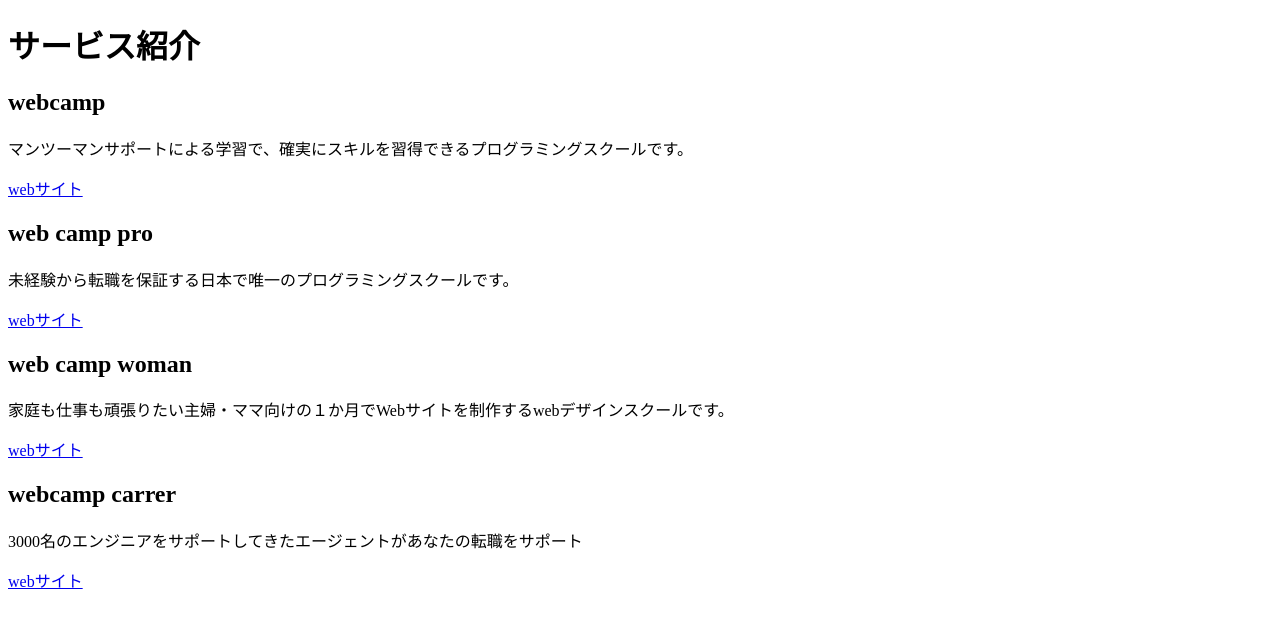
Repository: Akito33/html-css
Page: sample/sample.html
The author's editor kept a record of every edit. The page is drawn from the files as they stood at one moment, then again after the next edit.
The browser window is 1280 px wide. The pictures show the whole page.

Above is the page before.

After the next edit:
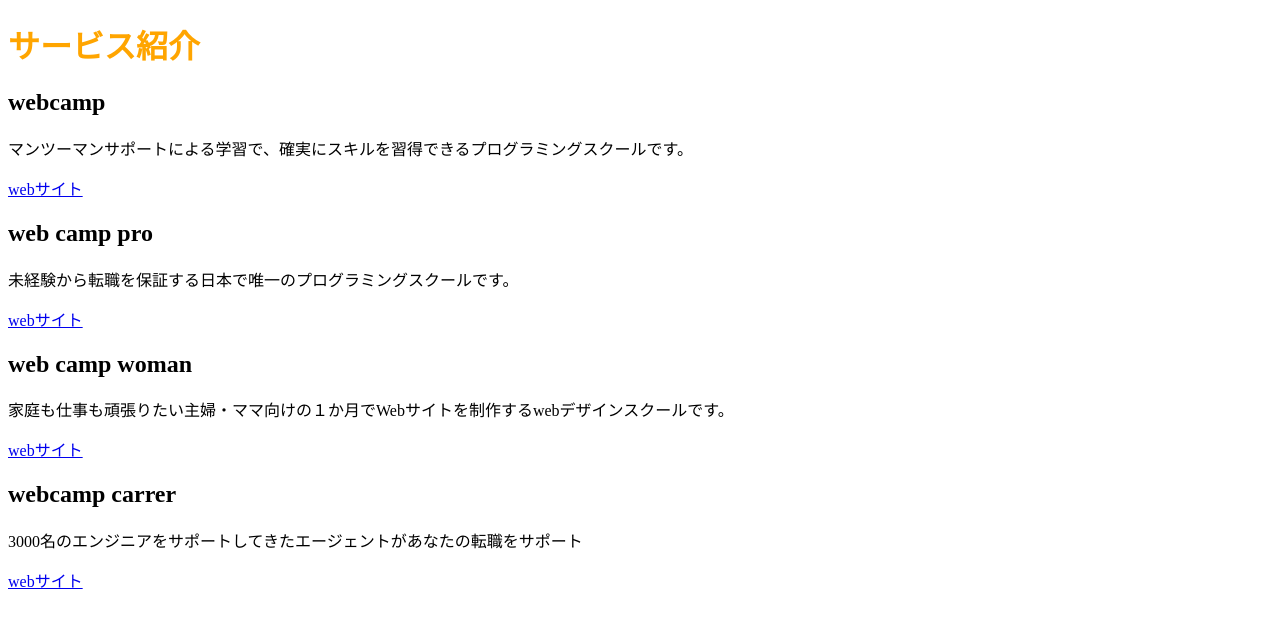
The edit:
--- a/sample/sample.html
+++ b/sample/sample.html
@@ -3,6 +3,8 @@
   <head>
     <meta charset="utf-8">
     <title>サービス紹介</title>
+    <link rel="stylesheet" href="../sample.css">
+
   </head>
   <body>
     <h1>サービス紹介</h1>
